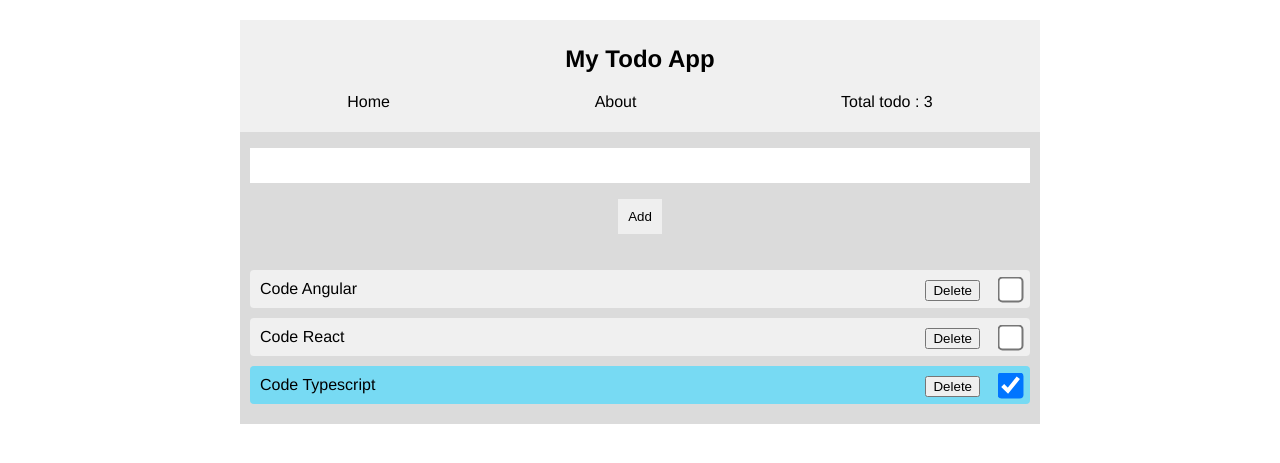
Repository: DTien93/Todo-Typescript
Page: / (app in my-app/)
The author's editor kept a copy of each file at every save. The page is drawn from the files as they stood at one save, then again after the next save.
The browser window is 1280 px wide. The pictures show the whole page.
The project was rebuilt for these pictures with package versions that can differ from the ones it lists, and the page was loaded fresh each time. Imported but missing from the stored project, and not drawn on this page: my-app/src/serviceWorker.

Above is the page before, as saved 2021-10-16 23:25:52.

After the next save:
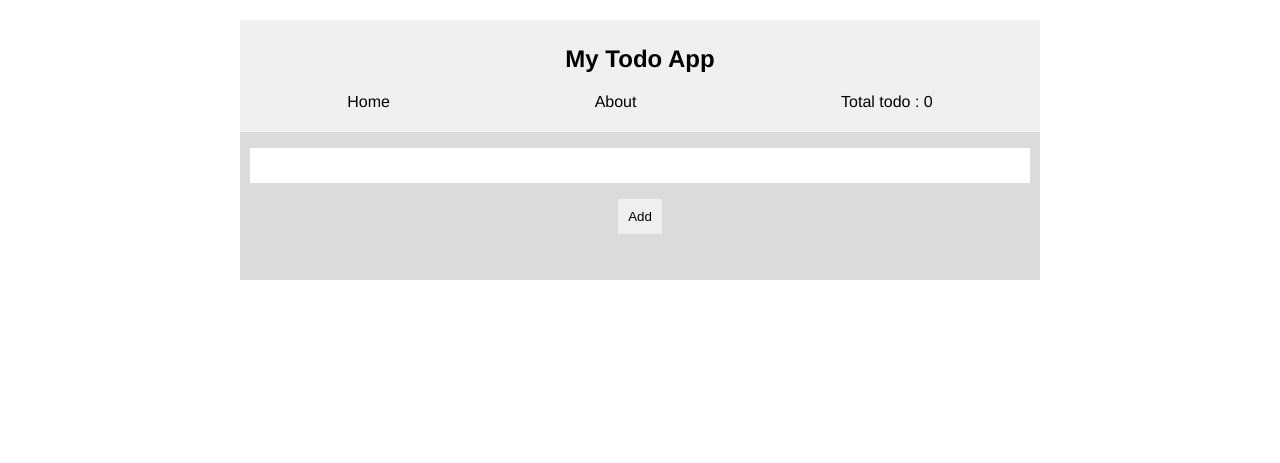
Saved 22 h 50 min later.
--- a/my-app/src/store/reducers/TodoSlice.tsx
+++ b/my-app/src/store/reducers/TodoSlice.tsx
@@ -6,21 +6,7 @@ interface TodoState {
 
 const initialState: TodoState = {
     allTodos: [
-        {
-            id: 1,
-            title: 'Code Angular',
-            completed: false
-        },
-        {
-            id: 2,
-            title: 'Code React',
-            completed: false
-        },
-        {
-            id: 3,
-            title: 'Code Typescript',
-            completed: true
-        }
+
     ]
 }
 
